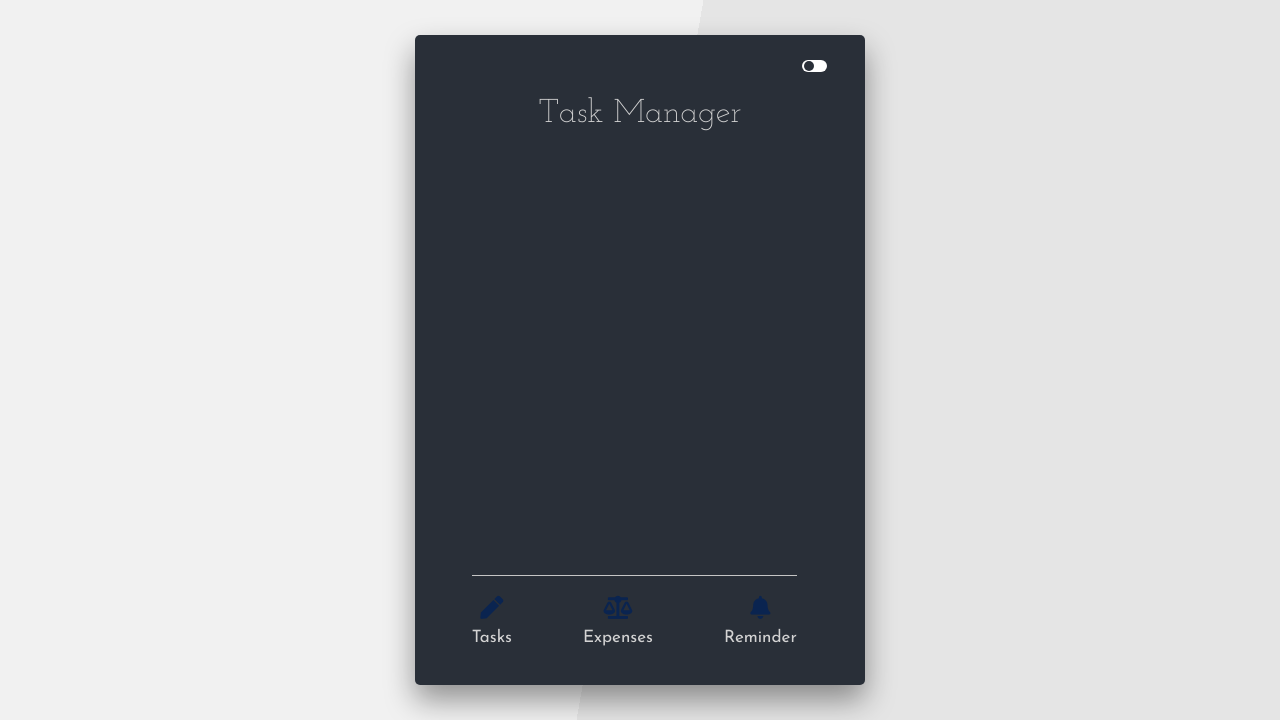
Repository: Kol124/react-task-manager
Page: /expense
These files come from the project's save history. The page is drawn as it stood at one moment and after the next save; the edit follows.
The browser window is 1280 px wide. The pictures show the whole page.
The project was rebuilt for these pictures with package versions that can differ from the ones it lists, and the page was loaded fresh each time. Also part of the build but not shown: src/components/TaskForm.js, src/components/Task.js, src/components/TaskList.js, src/components/Expenses/Expenses.js, src/components/Reminder/Reminder.js.

Above is the page before, as saved 2021-06-24 19:20:50.

### public/index.html
<!DOCTYPE html>
<html lang="en">
  <head>
    <meta charset="utf-8" />
    <link rel="icon" href="%PUBLIC_URL%/favicon.ico" />
    <meta name="viewport" content="width=device-width, initial-scale=1" />
    <meta name="theme-color" content="#000000" />
    <meta
      name="description"
      content="Web site created using create-react-app"
    />
    <link rel="apple-touch-icon" href="%PUBLIC_URL%/logo192.png" />
    <!--
      manifest.json provides metadata used when your web app is installed on a
      user's mobile device or desktop. See https://developers.google.com/web/fundamentals/web-app-manifest/
    -->
    <link rel="manifest" href="%PUBLIC_URL%/manifest.json" />
    <!--
      Notice the use of %PUBLIC_URL% in the tags above.
      It will be replaced with the URL of the `public` folder during the build.
      Only files inside the `public` folder can be referenced from the HTML.

      Unlike "/favicon.ico" or "favicon.ico", "%PUBLIC_URL%/favicon.ico" will
      work correctly both with client-side routing and a non-root public URL.
      Learn how to configure a non-root public URL by running `npm run build`.
    -->
    <link rel="stylesheet" href="all.min.css" />
    <title>React App</title>
  </head>
  <body>
    <noscript>You need to enable JavaScript to run this app.</noscript>
    <div id="root"></div>
    <!--
      This HTML file is a template.
      If you open it directly in the browser, you will see an empty page.

      You can add webfonts, meta tags, or analytics to this file.
      The build step will place the bundled scripts into the <body> tag.

      To begin the development, run `npm start` or `yarn start`.
      To create a production bundle, use `npm run build` or `yarn build`.
    -->
  </body>
</html>

### src/App.js
import "./App.css";
import React from "react";
import TaskContextProvider from "./context/TaskContext";
import ThemeContextProvider from "./context/ThemeContext";
import Main from "./components/Main";

function App() {
  return (
    <ThemeContextProvider>
      <TaskContextProvider>
        <div className="container">
          <Main />
        </div>
      </TaskContextProvider>
    </ThemeContextProvider>
  );
}

export default App;

### src/App.css
@import url("fonts.css");

* {
  margin: 0;
  padding: 0;
  box-sizing: inherit;
}

html {
  box-sizing: border-box;
  font-size: 62.5%;
}

.container {
  width: 100%;
  height: 100vh;
  display: flex;
  align-items: center;
  justify-content: center;
  background: linear-gradient(100deg, #f1f1f1 50%, #e5e5e5 0);
}

.app-wrapper {
  padding: 2.5rem 2.8rem;
  position: relative;
  width: 45rem;
  height: 65rem;
  border-radius: 5px;
  box-shadow: 0 15px 30px rgba(0, 0, 0, 0.4);
}

.header .main-header {
  font-family: "Josefin Slab", serif;
  text-align: center;
  font-size: 3.3rem;
  font-weight: 300;
  margin: 2.5rem 2rem 5rem 2rem;
}

/* THEME TOGGLE BUTTON */
#toggle-btn {
  position: relative;
  width: 25px;
  height: 12px;
  border-radius: 40px;
  margin: 0 1rem 0 auto;
}

input[type="checkbox"] {
  width: 100%;
  height: 100%;
  position: absolute;
  cursor: pointer;
  margin: 0px;
  opacity: 0;
  z-index: 2;
}

#toggle-btn span {
  background-color: #fff;
  position: absolute;
  top: 0px;
  right: 0px;
  bottom: 0px;
  left: 0px;
  opacity: 1;
  overflow: hidden;
  border-radius: 20px;
  transition: 0.2s ease background-color, 0.2s ease opacity;
}

#toggle-btn:hover {
  box-shadow: 0px 2px 25px #d9d9d9;
}

#toggle-btn span:before,
#toggle-btn span:after {
  content: "";
  position: absolute;
  top: 1px;
  width: 10px;
  height: 10px;
  border-radius: 50%;
  transition: 0.5s ease transform, 0.2s ease background-color;
}

#toggle-btn span:after {
  background-color: #292f38;
  transform: translate(2px, 0px);
  z-index: 0;
}

#toggle-btn input[type="checkbox"]:checked + span {
  background-color: #1d222b;
}

#toggle-btn input[type="checkbox"]:checked + span:after {
  background-color: #d4d4d4;
  transform: translate(13px, 0px);
}
/* THEME TOGGLE BUTTON COMPLETED */

.main {
  display: flex;
  flex-direction: column;
  align-items: space-between;
  margin-bottom: 3.5rem;
  width: 100%;
}

.form {
  display: flex;
  align-items: center;
  margin-bottom: 1.5rem;
  flex-direction: column;
  justify-content: center;
}

.task-input {
  font-family: "Josefin Sans", serif;
  padding: 1.5rem 1rem 1rem 2rem;
  margin: 0 auto 1rem auto;
  color: #ccc;
  width: 95%;
  outline: none;
  font-size: 1.5rem;
  border-radius: 20px;
  box-shadow: 0 1px 2px rgba(0, 0, 0, 0.3);
}

.buttons {
  display: flex;
}

.btn {
  font-family: "Montserrat", sans-serif;
  border-radius: 2rem;
  font-size: 1.5rem;
  height: 3.5rem;
  width: 10rem;
  border: none;
  margin: 1rem;
  outline: none;
  cursor: pointer;
  box-shadow: 0 2px 5px rgba(0, 0, 0, 0.3);
}

.list {
  width: 95%;
  margin: 0 auto;
  max-height: 28rem;
  overflow: hidden;
  overflow-y: auto;
}

/* width */
::-webkit-scrollbar {
  width: 6px;
}

/* Track */
::-webkit-scrollbar-track {
  border-radius: 10px;
  background-color: #d3d3d3;
}

/* Handle */
::-webkit-scrollbar-thumb {
  background: #292f38;
  border-radius: 10px;
}

.list-item {
  display: flex;
  margin: 2rem 0;
  padding-bottom: 0.5rem;
  justify-content: space-between;
}

.list-item span {
  font-family: "Josefin Sans", sans-serif;
  /* color: #bbb; */
  font-size: 1.5rem;
  text-transform: capitalize;
}

.task-btn {
  font-size: 1.3rem;
  cursor: pointer;
  border: none;
  outline: none;
  margin-right: 2rem;
  background-color: transparent;
}

.no-tasks {
  text-align: center;
  font-family: "Montserrat", sans-serif;
  margin-top: 2.5rem;
  font-size: 2rem;
}

footer {
  position: absolute;
  width: 85%;
  bottom: 6%;
}

footer .nav {
  display: flex;
  align-items: center;
  justify-content: space-between;
  border-top: 1px solid #c5c5c5;
  padding-top: 2rem;
  list-style: none;
  margin: 0 auto;
  width: 85%;
}

.nav li {
  font-family: "Josefin Sans", sans-serif;
  text-align: center;
}

.nav li a {
  text-decoration: none;
}

.nav li i {
  font-size: 2.3rem;
  transition: all ease 0.3s;
}

.nav li i:hover {
  color: #182741;
}

.nav li p {
  text-decoration: none;
  font-size: 1.7rem;
  color: initial;
  margin-top: 1rem;
}

@media only screen and (max-width: 450px) {
  html {
    font-size: 50%;
  }
}

### src/context/TaskContext.js
import React, { createContext, useState, useReducer, useEffect } from "react";
import TaskReducer from "../reducer/TaskReducer";

export const TaskContext = createContext();

export default function TaskContextProvider(props) {
  const [tasks, dispatch] = useReducer(TaskReducer, [
    { title: "Include styled components & redux", id: 1 },
    { title: "Connect frontend to express & mongoDB", id: 2 },
    { title: "Write middleware & run optimization", id: 3 },
    { title: "Learn parameterizing middleware", id: 4 },
    { title: "Integrate payment system to backend", id: 5 },
  ]);
  const [editItem, setEditItem] = useState(null);

  const findItem = (id) => {
    const item = tasks.find((task) => task.id === id);
    setEditItem(item);
  };

  useEffect(() => {
    console.log(tasks);
  });

  return (
    <TaskContext.Provider
      value={{ tasks, editItem, setEditItem, findItem, dispatch }}
    >
      {props.children}
    </TaskContext.Provider>
  );
}

### src/context/ThemeContext.js
import React, { Component, createContext } from "react";

export const ThemeContext = createContext();

export default class ThemeContextProvider extends Component {
  state = {
    isLightTheme: false,
    light: {
      font: "#292f38",
      accent: "#e5e5e5",
      icon: "#d3d3d3",
      bg: "#f1f1f1",
    },
    dark: {
      font: "#d3d3d3",
      accent: "#1d222b",
      icon: "#0a2450",
      bg: "#292f38",
    },
  };

  toggleTheme = () => {
    this.setState({ isLightTheme: !this.state.isLightTheme });
  };

  render() {
    return (
      <div>
        <ThemeContext.Provider
          value={{ ...this.state, toggleTheme: this.toggleTheme }}
        >
          {this.props.children}
        </ThemeContext.Provider>
      </div>
    );
  }
}

### src/components/Main.js
import React, { useContext } from "react";
import { BrowserRouter as Router, Switch, Route } from "react-router-dom";
import { ThemeContext } from "../context/ThemeContext";
import Header from "./Header";
import TaskForm from "./TaskForm";
import TaskList from "./TaskList";
import Expenses from "./expenses/Expenses";
import Reminder from "./reminder/Reminder";
import Footer from "./Footer";

export default function Main() {
  const { isLightTheme, dark, light } = useContext(ThemeContext);
  const theme = isLightTheme ? light : dark;

  return (
    <Router>
      <div>
        <div
          className="app-wrapper"
          style={{ background: theme.bg, color: theme.font }}
        >
          <Header />
          <Switch>
            <Route exact path="/">
              <div className="main">
                <TaskForm />
                <TaskList />
              </div>
            </Route>

            <Route path="/expenses">
              <Expenses />
            </Route>

            <Route path="/reminder">
              <Reminder />
            </Route>
          </Switch>
          <Footer />
        </div>
      </div>
    </Router>
  );
}

### src/fonts.css
/* josefin-sans-300 - latin */
@font-face {
  font-family: "Josefin Sans";
  font-style: normal;
  font-weight: 300;
  src: url("./fonts/josefin-sans-v17-latin-300.eot"); /* IE9 Compat Modes */
  src: local(""),
    url("./fonts/josefin-sans-v17-latin-300.eot?#iefix")
      format("embedded-opentype"),
    /* IE6-IE8 */ url("./fonts/josefin-sans-v17-latin-300.woff2")
      format("woff2"),
    /* Super Modern Browsers */ url("./fonts/josefin-sans-v17-latin-300.woff")
      format("woff"),
    /* Modern Browsers */ url("./fonts/josefin-sans-v17-latin-300.ttf")
      format("truetype"),
    /* Safari, Android, iOS */
      url("./fonts/josefin-sans-v17-latin-300.svg#JosefinSans") format("svg"); /* Legacy iOS */
}
/* josefin-sans-regular - latin */
@font-face {
  font-family: "Josefin Sans";
  font-style: normal;
  font-weight: 400;
  src: url("./fonts/josefin-sans-v17-latin-regular.eot"); /* IE9 Compat Modes */
  src: local(""),
    url("./fonts/josefin-sans-v17-latin-regular.eot?#iefix")
      format("embedded-opentype"),
    /* IE6-IE8 */ url("./fonts/josefin-sans-v17-latin-regular.woff2")
      format("woff2"),
    /* Super Modern Browsers */
      url("./fonts/josefin-sans-v17-latin-regular.woff") format("woff"),
    /* Modern Browsers */ url("./fonts/josefin-sans-v17-latin-regular.ttf")
      format("truetype"),
    /* Safari, Android, iOS */
      url("./fonts/josefin-sans-v17-latin-regular.svg#JosefinSans")
      format("svg"); /* Legacy iOS */
}
/* josefin-sans-600 - latin */
@font-face {
  font-family: "Josefin Sans";
  font-style: normal;
  font-weight: 600;
  src: url("./fonts/josefin-sans-v17-latin-600.eot"); /* IE9 Compat Modes */
  src: local(""),
    url("./fonts/josefin-sans-v17-latin-600.eot?#iefix")
      format("embedded-opentype"),
    /* IE6-IE8 */ url("./fonts/josefin-sans-v17-latin-600.woff2")
      format("woff2"),
    /* Super Modern Browsers */ url("./fonts/josefin-sans-v17-latin-600.woff")
      format("woff"),
    /* Modern Browsers */ url("./fonts/josefin-sans-v17-latin-600.ttf")
      format("truetype"),
    /* Safari, Android, iOS */
      url("./fonts/josefin-sans-v17-latin-600.svg#JosefinSans") format("svg"); /* Legacy iOS */
}
/* josefin-sans-700 - latin */
@font-face {
  font-family: "Josefin Sans";
  font-style: normal;
  font-weight: 700;
  src: url("./fonts/josefin-sans-v17-latin-700.eot"); /* IE9 Compat Modes */
  src: local(""),
    url("./fonts/josefin-sans-v17-latin-700.eot?#iefix")
      format("embedded-opentype"),
    /* IE6-IE8 */ url("./fonts/josefin-sans-v17-latin-700.woff2")
      format("woff2"),
    /* Super Modern Browsers */ url("./fonts/josefin-sans-v17-latin-700.woff")
      format("woff"),
    /* Modern Browsers */ url("./fonts/josefin-sans-v17-latin-700.ttf")
      format("truetype"),
    /* Safari, Android, iOS */
      url("./fonts/josefin-sans-v17-latin-700.svg#JosefinSans") format("svg"); /* Legacy iOS */
}

/* josefin-slab-300 - latin */
@font-face {
  font-family: "Josefin Slab";
  font-style: normal;
  font-weight: 300;
  src: url("./fonts/josefin-slab-v13-latin-300.eot"); /* IE9 Compat Modes */
  src: local(""),
    url("./fonts/josefin-slab-v13-latin-300.eot?#iefix")
      format("embedded-opentype"),
    /* IE6-IE8 */ url("./fonts/josefin-slab-v13-latin-300.woff2")
      format("woff2"),
    /* Super Modern Browsers */ url("./fonts/josefin-slab-v13-latin-300.woff")
      format("woff"),
    /* Modern Browsers */ url("./fonts/josefin-slab-v13-latin-300.ttf")
      format("truetype"),
    /* Safari, Android, iOS */
      url("./fonts/josefin-slab-v13-latin-300.svg#JosefinSlab") format("svg"); /* Legacy iOS */
}
/* josefin-slab-regular - latin */
@font-face {
  font-family: "Josefin Slab";
  font-style: normal;
  font-weight: 400;
  src: url("./fonts/josefin-slab-v13-latin-regular.eot"); /* IE9 Compat Modes */
  src: local(""),
    url("./fonts/josefin-slab-v13-latin-regular.eot?#iefix")
      format("embedded-opentype"),
    /* IE6-IE8 */ url("./fonts/josefin-slab-v13-latin-regular.woff2")
      format("woff2"),
    /* Super Modern Browsers */
      url("./fonts/josefin-slab-v13-latin-regular.woff") format("woff"),
    /* Modern Browsers */ url("./fonts/josefin-slab-v13-latin-regular.ttf")
      format("truetype"),
    /* Safari, Android, iOS */
      url("./fonts/josefin-slab-v13-latin-regular.svg#JosefinSlab")
      format("svg"); /* Legacy iOS */
}
/* josefin-slab-600 - latin */
@font-face {
  font-family: "Josefin Slab";
  font-style: normal;
  font-weight: 600;
  src: url("./fonts/josefin-slab-v13-latin-600.eot"); /* IE9 Compat Modes */
  src: local(""),
    url("./fonts/josefin-slab-v13-latin-600.eot?#iefix")
      format("embedded-opentype"),
    /* IE6-IE8 */ url("./fonts/josefin-slab-v13-latin-600.woff2")
      format("woff2"),
    /* Super Modern Browsers */ url("./fonts/josefin-slab-v13-latin-600.woff")
      format("woff"),
    /* Modern Browsers */ url("./fonts/josefin-slab-v13-latin-600.ttf")
      format("truetype"),
    /* Safari, Android, iOS */
      url("./fonts/josefin-slab-v13-latin-600.svg#JosefinSlab") format("svg"); /* Legacy iOS */
}
/* josefin-slab-700 - latin */
@font-face {
  font-family: "Josefin Slab";
  font-style: normal;
  font-weight: 700;
  src: url("./fonts/josefin-slab-v13-latin-700.eot"); /* IE9 Compat Modes */
  src: local(""),
    url("./fonts/josefin-slab-v13-latin-700.eot?#iefix")
      format("embedded-opentype"),
    /* IE6-IE8 */ url("./fonts/josefin-slab-v13-latin-700.woff2")
      format("woff2"),
    /* Super Modern Browsers */ url("./fonts/josefin-slab-v13-latin-700.woff")
      format("woff"),
    /* Modern Browsers */ url("./fonts/josefin-slab-v13-latin-700.ttf")
      format("truetype"),
    /* Safari, Android, iOS */
      url("./fonts/josefin-slab-v13-latin-700.svg#JosefinSlab") format("svg"); /* Legacy iOS */
}

/* montserrat-300 - latin */
@font-face {
  font-family: "Montserrat";
  font-style: normal;
  font-weight: 300;
  src: url("./fonts/montserrat-v15-latin-300.eot"); /* IE9 Compat Modes */
  src: local(""),
    url("./fonts/montserrat-v15-latin-300.eot?#iefix")
      format("embedded-opentype"),
    /* IE6-IE8 */ url("./fonts/montserrat-v15-latin-300.woff2") format("woff2"),
    /* Super Modern Browsers */ url("./fonts/montserrat-v15-latin-300.woff")
      format("woff"),
    /* Modern Browsers */ url("./fonts/montserrat-v15-latin-300.ttf")
      format("truetype"),
    /* Safari, Android, iOS */
      url("./fonts/montserrat-v15-latin-300.svg#Montserrat") format("svg"); /* Legacy iOS */
}
/* montserrat-regular - latin */
@font-face {
  font-family: "Montserrat";
  font-style: normal;
  font-weight: 400;
  src: url("./fonts/montserrat-v15-latin-regular.eot"); /* IE9 Compat Modes */
  src: local(""),
    url("./fonts/montserrat-v15-latin-regular.eot?#iefix")
      format("embedded-opentype"),
    /* IE6-IE8 */ url("./fonts/montserrat-v15-latin-regular.woff2")
      format("woff2"),
    /* Super Modern Browsers */ url("./fonts/montserrat-v15-latin-regular.woff")
      format("woff"),
    /* Modern Browsers */ url("./fonts/montserrat-v15-latin-regular.ttf")
      format("truetype"),
    /* Safari, Android, iOS */
      url("./fonts/montserrat-v15-latin-regular.svg#Montserrat") format("svg"); /* Legacy iOS */
}
/* montserrat-500 - latin */
@font-face {
  font-family: "Montserrat";
  font-style: normal;
  font-weight: 500;
  src: url("./fonts/montserrat-v15-latin-500.eot"); /* IE9 Compat Modes */
  src: local(""),
    url("./fonts/montserrat-v15-latin-500.eot?#iefix")
      format("embedded-opentype"),
    /* IE6-IE8 */ url("./fonts/montserrat-v15-latin-500.woff2") format("woff2"),
    /* Super Modern Browsers */ url("./fonts/montserrat-v15-latin-500.woff")
      format("woff"),
    /* Modern Browsers */ url("./fonts/montserrat-v15-latin-500.ttf")
      format("truetype"),
    /* Safari, Android, iOS */
      url("./fonts/montserrat-v15-latin-500.svg#Montserrat") format("svg"); /* Legacy iOS */
}

### src/reducer/TaskReducer.js
export default function TaskReducer(tasks, action) {
  switch (action.type) {
    case "ADD_TASK":
      return [
        ...tasks,
        {
          title: action.task.title,
          id: Math.random().toString(),
        },
      ];

    case "REMOVE_TASK":
      return tasks.filter((task) => task.id !== action.task.id);

    case "EDIT_TASK":
      return tasks.map((task) =>
        task.id === action.task.id
          ? { title: action.task.title, id: action.task.id }
          : task
      );

    case "CLEAR_TASK":
      return [];

    default:
      return tasks;
  }
}

### src/components/Header.js
import React, { useContext } from "react";
import { ThemeContext } from "../context/ThemeContext";

const Header = () => {
  const { toggleTheme } = useContext(ThemeContext);

  return (
    <div className="header">
      <div id="toggle-btn" onClick={toggleTheme}>
        <input type="checkbox" />
        <span></span>
      </div>
      <h1 className="main-header">Task Manager</h1>
    </div>
  );
};

export default Header;

### src/components/Footer.js
import React, { useContext } from "react";
import { Link } from "react-router-dom";
import { ThemeContext } from "../context/ThemeContext";

export default function Footer() {
  const { isLightTheme, dark, light } = useContext(ThemeContext);
  const theme = isLightTheme ? light : dark;

  return (
    <footer>
      <ul className="nav">
        <li>
          <Link to="/">
            <i style={{ color: theme.icon }} className="fa fa-pen"></i>
            <p style={{ color: theme.font }}>Tasks</p>
          </Link>
        </li>

        <li>
          <Link to="/Expenses">
            <i
              style={{ color: theme.icon }}
              className="fa fa-balance-scale"
            ></i>
            <p style={{ color: theme.font }}>Expenses</p>
          </Link>
        </li>

        <li>
          <Link to="/Reminder">
            <i style={{ color: theme.icon }} className="fa fa-bell"></i>
            <p style={{ color: theme.font }}>Reminder</p>
          </Link>
        </li>
      </ul>
    </footer>
  );
}

Loaded but not shown: src/index.js (common file); src/index.css (common file); src/reportWebVitals.js (common file); public/all.min.css (library)

After the next save:
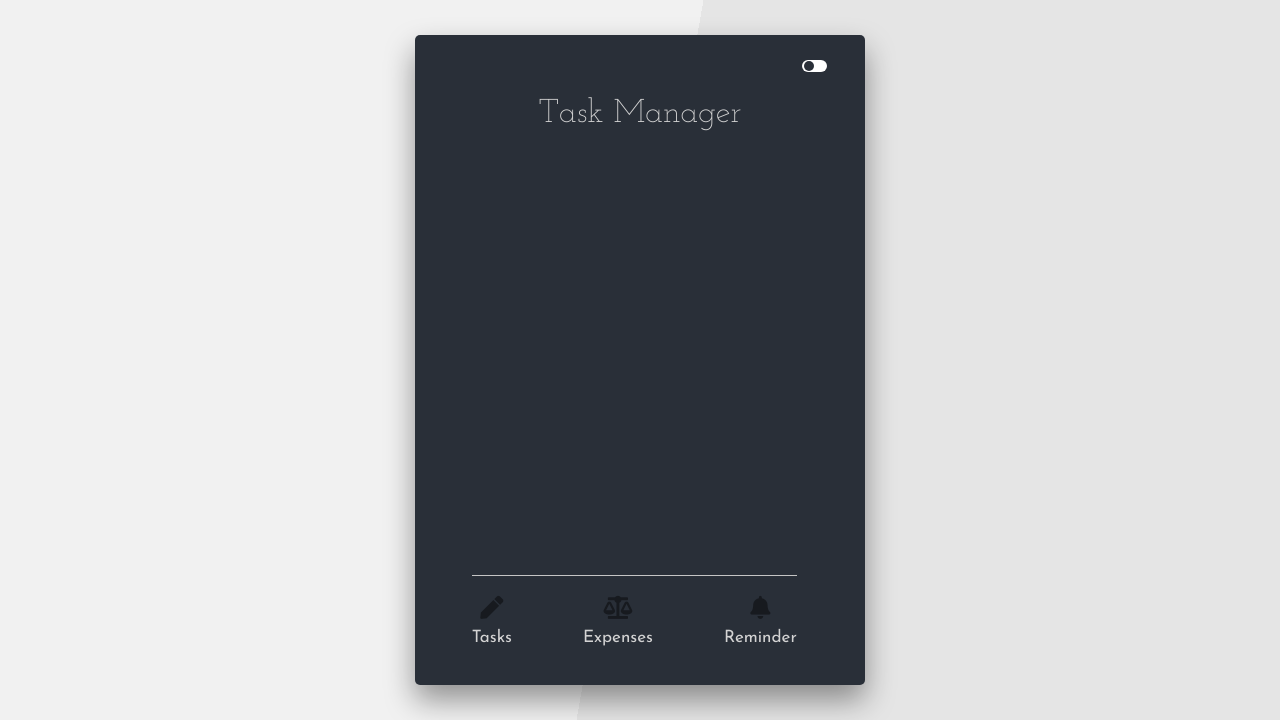
Saved 79 s later.
--- a/src/context/ThemeContext.js
+++ b/src/context/ThemeContext.js
@@ -14,7 +14,7 @@ export default class ThemeContextProvider extends Component {
     dark: {
       font: "#d3d3d3",
       accent: "#1d222b",
-      icon: "#0a2450",
+      icon: "#171a1f",
       bg: "#292f38",
     },
   };
